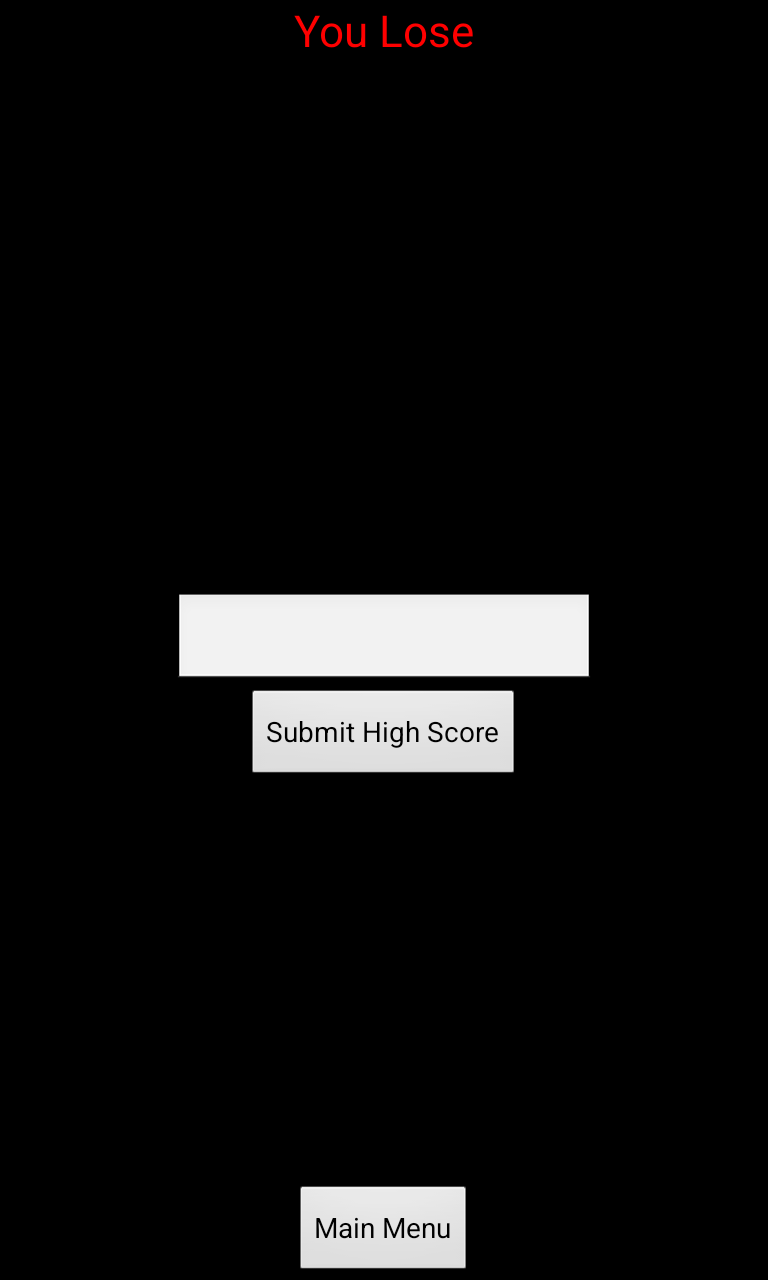
Repository: tofuninja/Rotate
Layout: Rotate/res/layout/game_loss_scree.xml
An editor plug-in stored every save of this project. The layout is shown before and after the next save, followed by the edit.
It is drawn on a 768 x 1280 px phone screen (xhdpi) without system bars, with theme android:Theme.NoTitleBar.Fullscreen; the app's code is not run.

Above is the layout before, as saved 2014-05-03 11:45:58.

After the next save:
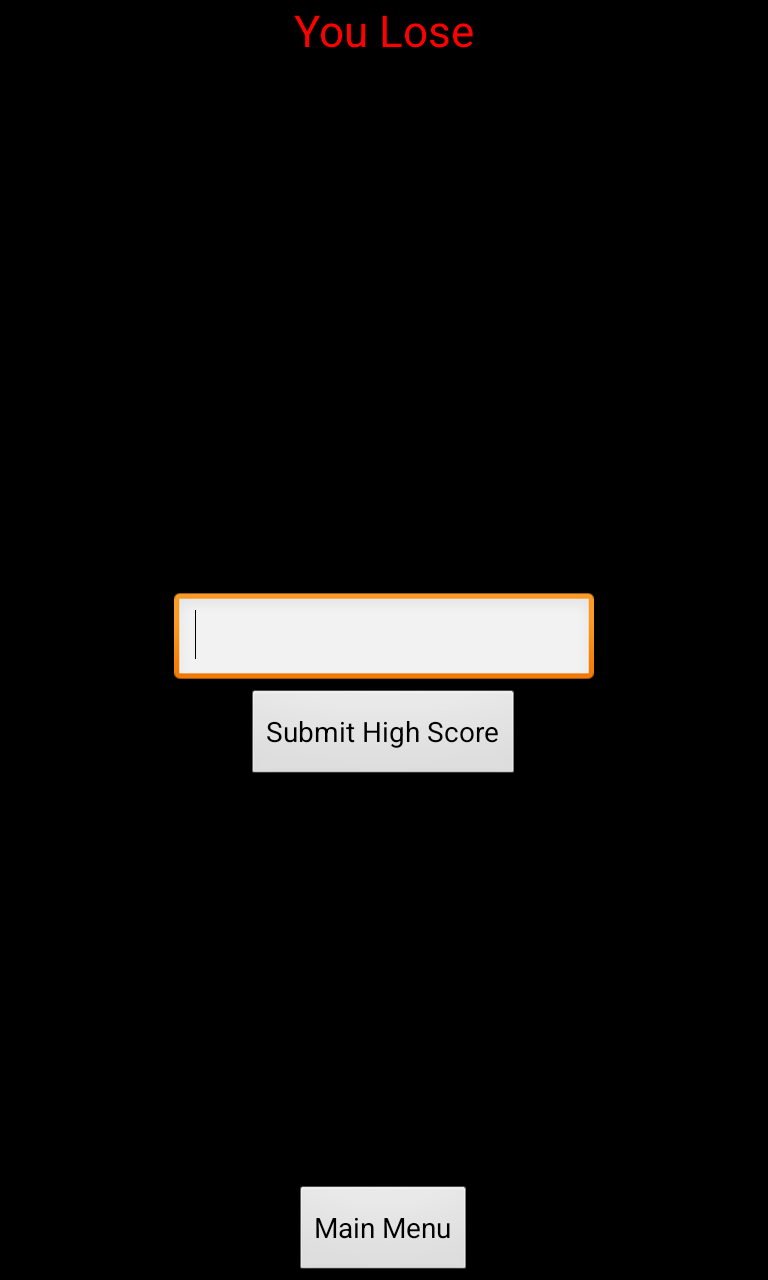
Saved 2 min 48 s later.
--- a/Rotate/res/layout/game_loss_scree.xml
+++ b/Rotate/res/layout/game_loss_scree.xml
@@ -7,14 +7,6 @@
         android:id="@+id/loss_layout"
         android:layout_width="match_parent"
         android:layout_height="match_parent" >
-
-        <Button
-            android:id="@+id/button_submit"
-            android:layout_width="wrap_content"
-            android:layout_height="wrap_content"
-            android:layout_below="@+id/text_name"
-            android:layout_centerHorizontal="true"
-            android:text="Submit High Score" />
 
         <TextView
             android:id="@+id/textView1"
@@ -26,22 +18,32 @@
             android:textAppearance="?android:attr/textAppearanceLarge"
             android:textColor="#FF0000" />
 
+        <EditText
+            android:id="@+id/editText1"
+            android:layout_width="wrap_content"
+            android:layout_height="wrap_content"
+            android:layout_centerHorizontal="true"
+            android:layout_centerVertical="true"
+            android:ems="10" >
+
+            <requestFocus />
+        </EditText>
+
+        <Button
+            android:id="@+id/button_submit"
+            android:layout_width="wrap_content"
+            android:layout_height="wrap_content"
+            android:layout_below="@+id/editText1"
+            android:layout_centerHorizontal="true"
+            android:text="Submit High Score" />
+
         <Button
             android:id="@+id/button_menu"
             android:layout_width="wrap_content"
             android:layout_height="wrap_content"
             android:layout_alignParentBottom="true"
-            android:layout_alignRight="@+id/textView1"
+            android:layout_centerHorizontal="true"
             android:text="Main Menu" />
-
-        <EditText
-            android:id="@+id/text_name"
-            android:layout_width="wrap_content"
-            android:layout_height="wrap_content"
-            android:layout_centerHorizontal="true"
-            android:layout_centerVertical="true"
-            android:ems="10"
-            android:inputType="textPersonName" />
 
     </RelativeLayout>
 
